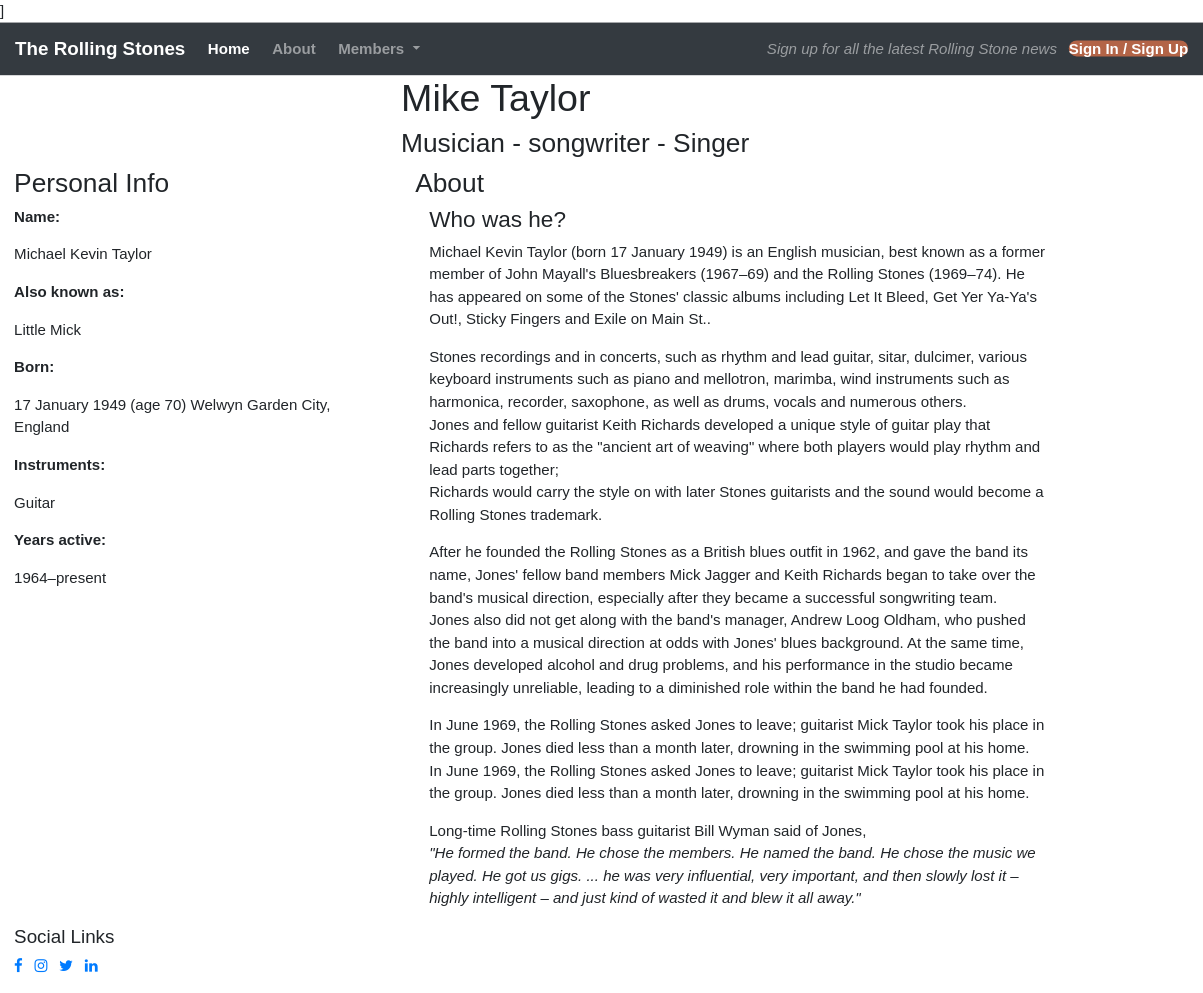
Repository: TecDruid/rolling-stones-fan-site
Page: mike-taylor.html
The author's editor kept a record of every edit. The page is drawn from the files as they stood at one moment, then again after the next edit.
The browser window is 1280 px wide. The pictures show the whole page, at 94% of full size.
Some web fonts or font styles are not loaded; a fallback is used. Some web libraries are served in a nearby version.

Above is the page before.

### mike-taylor.html
<!DOCTYPE html>
<html lang="en">

<head>
    <meta charset="utf-8">
    <meta name="viewport" content="width=device-width, initial-scale=1.0">
    <link rel="stylesheet" href="https://maxcdn.bootstrapcdn.com/bootstrap/4.1.3/css/bootstrap.min.css">
    <link rel="stylesheet" href="https://use.fontawesome.com/releases/v5.6.1/css/all.css" integrity="sha384-gfdkjb5BdAXd+lj+gudLWI+BXq4IuLW5IT+brZEZsLFm++aCMlF1V92rMkPaX4PP" crossorigin="anonymous">
    <link rel="stylesheet" href="https://stackpath.bootstrapcdn.com/font-awesome/4.7.0/css/font-awesome.min.css" type="text/css" />
    <link href="https://fonts.googleapis.com/css?family=Stylish" rel="stylesheet">
    <link rel="stylesheet" href="css/style.css" type="text/css" />
    <title>Mike Taylor</title>
</head>

<body>

    <!----------------------------------------Nav--------------------------------------------->]


    <div class="nav-container"></div>
    <nav class="navbar navbar-dark navbar-expand-sm bg-dark">
        <a href="/" class="navbar-brand">
                    The Rolling Stones</a>

        <button class="navbar-toggler ml-auto" type="button" data-toggle="collapse" data-target="#navbarNavDropdown" aria-controls="navbarNavDropdown" aria-expanded="false" aria-label="Toggle navigation">
        <span class="navbar-toggler-icon"></span></button>

        <div class="collapse navbar-collapse" id="navbarNavDropdown">
            <ul class="navbar-nav mr-auto">
                <li class="active nav-item mr-2"><a class="nav-link" href="/">Home</a></li>
                <li class="nav-item mr-2"><a class="nav-link" href="">About</a></li>
                <li class="nav-item dropdown">
                    <a class="nav-link dropdown-toggle" href="#" id="navbarDropdownMenuLink" role="button" data-toggle="dropdown" aria-haspopup="true" aria-expanded="false">
          Members
        </a>
                    <div class="dropdown-menu" aria-labelledby="navbarDropdownMenuLink">
                        <a class="dropdown-item" href="members/brian-jones.html">Brian Jones</a>
                        <a class="dropdown-item" href="members/mick-jagger.html">Mick Jagger</a>
                        <a class="dropdown-item" href="members/keith-richards.html">Keith Richards</a>
                        <a class="dropdown-item" href="members/bill-wyman.html">Bill Wyman</a>
                        <a class="dropdown-item" href="members/charlie-watts.html">Charlie Watts</a>
                        <a class="dropdown-item" href="members/ronnie-wood.html">Ronnie Wood</a>
                        <a class="dropdown-item" href="members/ian-stewart.html">Ian Stewart</a>
                        <a class="dropdown-item" href="members/mike-taylor.html">Mick Taylor</a>
                    </div>
                </li>

                <li class="nav-item mr-2 d-block d-sm-none"><a class="nav-link" href="">Sign In / Sign Up</a></li>
            </ul>
        </div>
        <div class="d-none d-md-block">
            <p class="navbar-text my-auto mr-2"><i>Sign up for all the latest Rolling Stone news</i></p>
            <a href="/login " class="btn--cta btn--brown">Sign In / Sign Up</a>
        </div>
    </nav>

    <!-- -------------------------- The Header ---------------------------- -->

    <header>
        <div class="row no-gutters">
            <a class="col-md-4 logo" href="index.html"></a>
            <div class="col-md-8">
                <div class="row no-gutters bg-color-name-title">
                    <div class="col heading">
                        <h1 class="name">Mike Taylor</h1>
                        <h3 class="title"> Musician - songwriter - Singer</h3>
                    </div>
                </div>
            </div>
        </div>
    </header>

    <!-- -------------------------- The Section ---------------------------- -->

    <section class="container-fluid">
        <div class="row">
            <div class="col-md-4 bg-colour-personal-info section-column">
                <div class="row">
                    <div class="col-12">
                        <h3 class="section-heading uppercase">Personal Info</h3>
                    </div>
                </div>
                <div class="personal-info-item">
                    <div class="key">
                        <p class="uppercase">
                            <strong>Name:</strong>
                        </p>
                    </div>
                    <div class="value">
                        <p>
                            Michael Kevin Taylor
                        </p>
                    </div>
                </div>
                <div class="personal-info-item">
                    <div class="key">
                        <p class="uppercase">
                            <strong>Also known as:</strong>
                        </p>
                    </div>
                    <div class="value">
                        <p>
                            Little Mick
                        </p>
                    </div>
                </div>
                <div class="personal-info-item">
                    <div class="key">
                        <p class="uppercase">
                            <strong>Born:</strong>
                        </p>
                    </div>
                    <div class="value">
                        <p>
                            17 January 1949 (age 70) Welwyn Garden City, England
                        </p>
                    </div>
                </div>
                <div class="personal-info-item">
                    <div class="key">
                        <p class="uppercase">
                            <strong>Instruments:</strong>
                        </p>
                    </div>
                    <div class="value">
                        <p>
                            Guitar
                        </p>
                    </div>
                </div>
                <div class="personal-info-item">
                    <div class="key">
                        <p class="uppercase">
                            <strong> Years active:</strong>
                        </p>
                    </div>
                    <div class="value">
                        <p>
                            1964–present
                        </p>
                    </div>
                </div>
            </div>

            <div class="col-md-8 bg-colour-three-reasons section-column">
                <div class="row">
                    <div class="col">
                        <h3 class="section-heading uppercase">About</h3>
                    </div>
                </div>
                <!-- <div class="row">
                    <div class="col-10 offset-1 offset-sm-0 col-sm-4 col-md-6">
                        <div class="row">
                            <div class="col-2">
                                <i class="three-reasons-icon fa fa-question" aria-hidden="true"></i>
                            </div> -->
                <div class="col-10">
                    <h4 class="three-reasons-heading uppercase">Who was he?</h4>
                    <p>
                        Michael Kevin Taylor (born 17 January 1949) is an English musician, best known as a former member of John Mayall's Bluesbreakers (1967–69) and the Rolling Stones (1969–74). He has appeared on some of the Stones' classic albums including Let It Bleed, Get Yer Ya-Ya's Out!, Sticky Fingers and Exile on Main St..
                    </p>

                    <p>
                        Stones recordings and in concerts, such as rhythm and lead guitar, sitar, dulcimer, various keyboard instruments such as piano and mellotron, marimba, wind instruments such as harmonica, recorder, saxophone, as well as drums, vocals and numerous others.<br/>                        Jones and fellow guitarist Keith Richards developed a unique style of guitar play that Richards refers to as the "ancient art of weaving" where both players would play rhythm and lead parts together;<br/> Richards would carry the
                        style on with later Stones guitarists and the sound would become a Rolling Stones trademark.
                    </p>
                    <p>
                        After he founded the Rolling Stones as a British blues outfit in 1962, and gave the band its name, Jones' fellow band members Mick Jagger and Keith Richards began to take over the band's musical direction, especially after they became a successful songwriting
                        team.
                        <br/> Jones also did not get along with the band's manager, Andrew Loog Oldham, who pushed the band into a musical direction at odds with Jones' blues background. At the same time, Jones developed alcohol and drug problems, and
                        his performance in the studio became increasingly unreliable, leading to a diminished role within the band he had founded.
                    </p>
                    <p>
                        In June 1969, the Rolling Stones asked Jones to leave; guitarist Mick Taylor took his place in the group. Jones died less than a month later, drowning in the swimming pool at his home. In June 1969, the Rolling Stones asked Jones to leave; guitarist Mick
                        Taylor took his place in the group. Jones died less than a month later, drowning in the swimming pool at his home.
                    </p>
                    <p>Long-time Rolling Stones bass guitarist Bill Wyman said of Jones, <br/><i>"He formed the band. He chose the members. He named the band. He chose the music we played. He got us gigs. ... he was very influential, very important, and then slowly
                        lost it – highly intelligent – and just kind of wasted it and blew it all away."</i>
                    </p>
                </div>
            </div>
        </div>

        </div>
        </div>
        </div>

    </section>

    <!-- -------------------------- The Footer ---------------------------- -->

    <footer class="container-fluid">
        <div id="footer-details" class="row">
            <div class="col-sm-4">
                <h5 class="uppercase general-sub">Social Links</h5>

                <ul class="list-inline social-links">
                    <li class="list-inline-item">
                        <a target="_blank" href="#">
                            <i class="fa fa-facebook" aria-hidden="true"></i>
                            <span class="sr-only">Facebook</span>
                        </a>
                    </li>
                    <li class="list-inline-item">
                        <a target="_blank" href="#">
                            <i class="fa fa-instagram" aria-hidden="true"></i>
                            <span class="sr-only">Instagram</span>
                            </a>
                    </li>

                    <li class="list-inline-item">
                        <a target="_blank" href="#">
                            <i class="fa fa-twitter" aria-hidden="true"></i>
                            <span class="sr-only">Twitter</span>
                            </a>
                    </li>
                    <li class="list-inline-item">
                        <a target="_blank" href="#">
                            <i class="fa fa-linkedin" aria-hidden="true"></i>
                            <span class="sr-only">LinkedIn</span>
                        </a>
                    </li>
                </ul>

            </div>
        </div>
    </footer>
</body>

</html>

### css/style.css
body {
    font-family: 'Stylish', sans-serif;
}

/* Containers */

.nav-container {
    position: absolute;
    top: 0;
    right: 0;
    margin-left: 0;
    margin-right: 0;
    z-index: 1;

}

.navbar .navbar-brand {
    font-weight: bold;
}

.navbar .navbar-nav a {
    font-weight: bold;
}

.navbar-toggler {
    border-width: 0;
}

.alert-warning {
    padding-left: 10;
    padding-right: 0;
    color: #fff;
    background-color: #c9572b;
}

.alert {
    margin-bottom: 0;
    border-width: 0;
    border-radius: 0;
}

.callout-container {
    height: 100vh;

    background: url('../img/the-rolling-stones-bg.jpg') no-repeat bottom right fixed;
    -webkit-background-size: cover;
    -moz-background-size: cover;
    -o-background-size: cover;
    background-size: cover;

    display: flex;
    align-items: center;
    justify-content: center;

    position: relative;
}

.callout2-container {
    height: 100vh;

    background: url('../img/the-rolling-stones-bg2.jpg') no-repeat bottom right fixed;
    -webkit-background-size: cover;
    -moz-background-size: cover;
    -o-background-size: cover;
    background-size: cover;

    display: flex;
    align-items: center;
    justify-content: center;

    position: relative;
}

.opaque-overlay {
    position: absolute;
    top: 0;
    left: 0;
    height: 100%;
    width: 100%;
    background-color: rgba(0, 0, 0, 0.5);
}

.features-container {
    background-color: #c9572b;
}

/* Block dividers */

.block-divider {
    width: 175px;
    height: 5px;
    border: 0;
    background-color: #444;
}

.block-divider--orange {
    background-color: #f88f10;
}

.block-divider--short {
    width: 35px;
}

/* Jumbotron */

.jumbotron {
    background-color: transparent;
}

.jumbotron h1 {
    color: white;
    font-weight: bold;
    margin-bottom: 30px;
    color: white;
}

.jumbotron .lead {
    color: #a7a7a7;
    margin: 25px 0;
}

.jumbotron small {
    font-size: 60%;
    font-style: italic;
    color: #d0d0d0;
}

/* Buttons */

.btn--cta {
    font-weight: bold;
    border-radius: 23px;
    width: 160px;
}

.btn--brown {
    color: white;
    background-color: #b36447;
    border-color: #b36447;
}

.btn--brown:hover,
.btn--brown:active,
.btn--brown:focus,
.btn--brown:active:focus {
    background-color: #df4929;
    border-color: #df4929;
    color: white;
}

After the next edit:
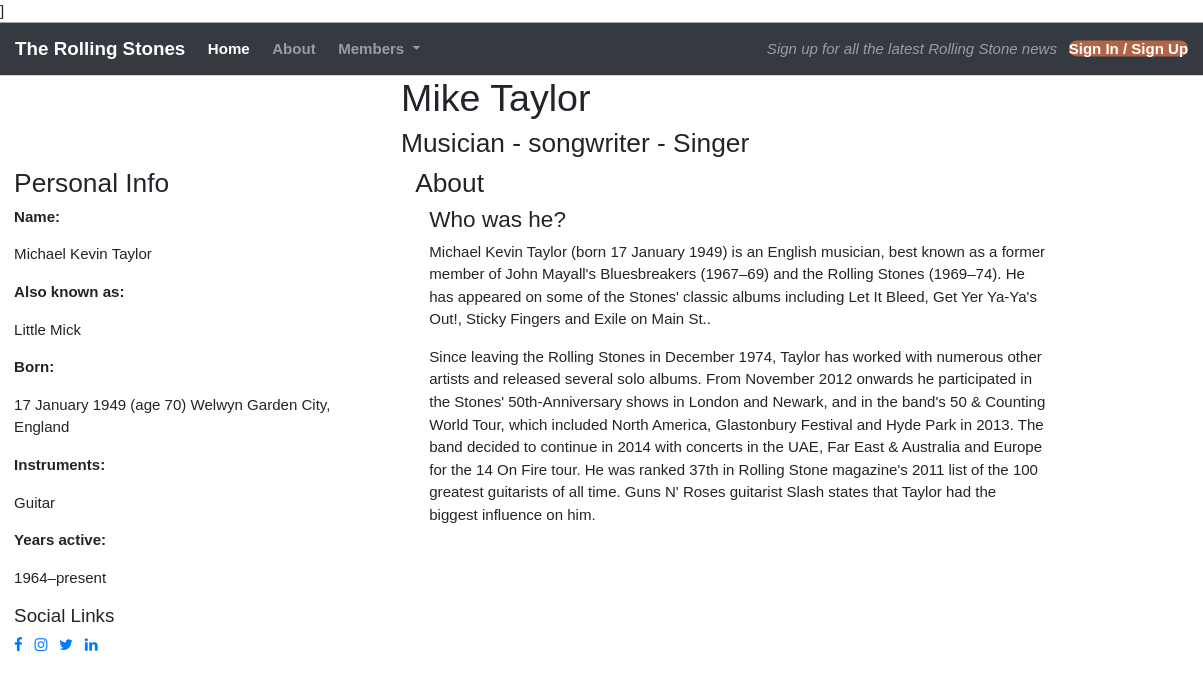
The edit:
--- a/mike-taylor.html
+++ b/mike-taylor.html
@@ -157,25 +157,14 @@
                 <div class="col-10">
                     <h4 class="three-reasons-heading uppercase">Who was he?</h4>
                     <p>
-                        Michael Kevin Taylor (born 17 January 1949) is an English musician, best known as a former member of John Mayall's Bluesbreakers (1967–69) and the Rolling Stones (1969–74). He has appeared on some of the Stones' classic albums including Let It Bleed, Get Yer Ya-Ya's Out!, Sticky Fingers and Exile on Main St..
+                        Michael Kevin Taylor (born 17 January 1949) is an English musician, best known as a former member of John Mayall's Bluesbreakers (1967–69) and the Rolling Stones (1969–74). He has appeared on some of the Stones' classic albums including Let It Bleed,
+                        Get Yer Ya-Ya's Out!, Sticky Fingers and Exile on Main St..
                     </p>
 
                     <p>
-                        Stones recordings and in concerts, such as rhythm and lead guitar, sitar, dulcimer, various keyboard instruments such as piano and mellotron, marimba, wind instruments such as harmonica, recorder, saxophone, as well as drums, vocals and numerous others.<br/>                        Jones and fellow guitarist Keith Richards developed a unique style of guitar play that Richards refers to as the "ancient art of weaving" where both players would play rhythm and lead parts together;<br/> Richards would carry the
-                        style on with later Stones guitarists and the sound would become a Rolling Stones trademark.
-                    </p>
-                    <p>
-                        After he founded the Rolling Stones as a British blues outfit in 1962, and gave the band its name, Jones' fellow band members Mick Jagger and Keith Richards began to take over the band's musical direction, especially after they became a successful songwriting
-                        team.
-                        <br/> Jones also did not get along with the band's manager, Andrew Loog Oldham, who pushed the band into a musical direction at odds with Jones' blues background. At the same time, Jones developed alcohol and drug problems, and
-                        his performance in the studio became increasingly unreliable, leading to a diminished role within the band he had founded.
-                    </p>
-                    <p>
-                        In June 1969, the Rolling Stones asked Jones to leave; guitarist Mick Taylor took his place in the group. Jones died less than a month later, drowning in the swimming pool at his home. In June 1969, the Rolling Stones asked Jones to leave; guitarist Mick
-                        Taylor took his place in the group. Jones died less than a month later, drowning in the swimming pool at his home.
-                    </p>
-                    <p>Long-time Rolling Stones bass guitarist Bill Wyman said of Jones, <br/><i>"He formed the band. He chose the members. He named the band. He chose the music we played. He got us gigs. ... he was very influential, very important, and then slowly
-                        lost it – highly intelligent – and just kind of wasted it and blew it all away."</i>
+                        Since leaving the Rolling Stones in December 1974, Taylor has worked with numerous other artists and released several solo albums. From November 2012 onwards he participated in the Stones' 50th-Anniversary shows in London and Newark, and in the band's
+                        50 & Counting World Tour, which included North America, Glastonbury Festival and Hyde Park in 2013. The band decided to continue in 2014 with concerts in the UAE, Far East & Australia and Europe for the 14 On Fire tour. He was
+                        ranked 37th in Rolling Stone magazine's 2011 list of the 100 greatest guitarists of all time. Guns N' Roses guitarist Slash states that Taylor had the biggest influence on him.
                     </p>
                 </div>
             </div>
